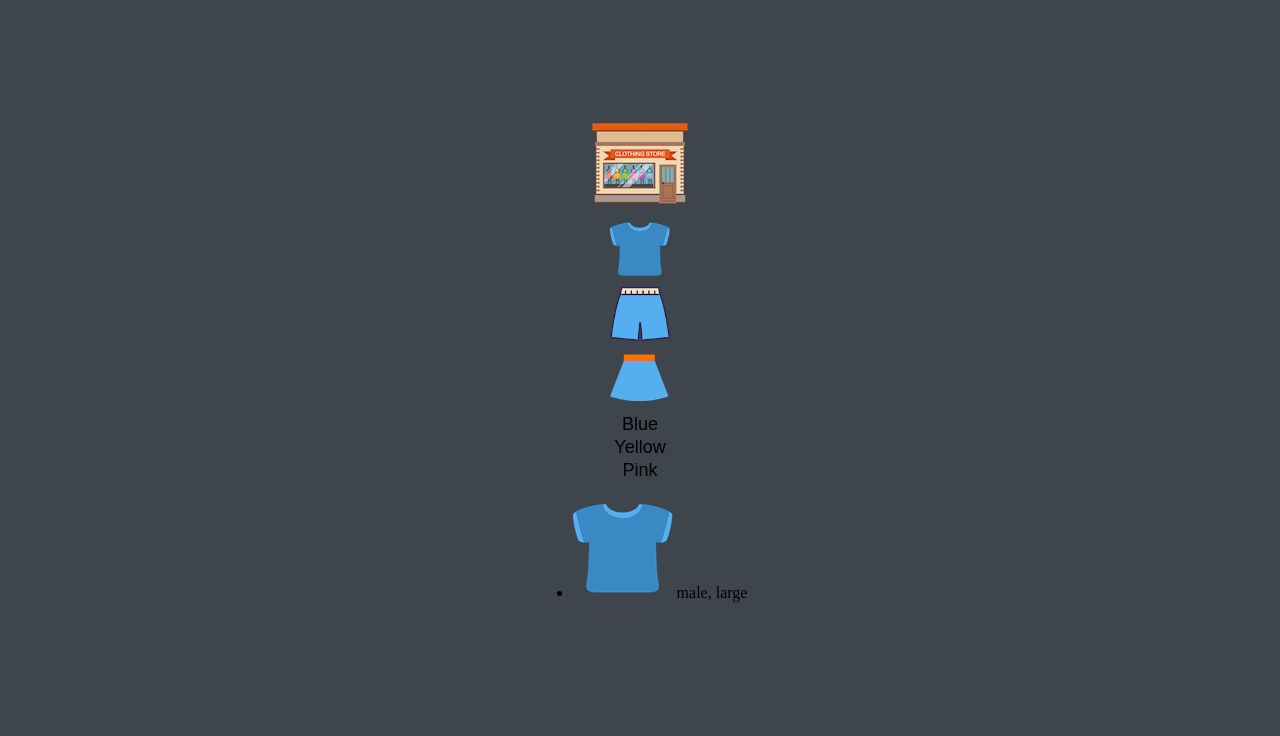
Repository: GoodHoneyCake/Dream_Coding_Academy1
Page: index.html
An editor plug-in stored every save of this project. The page is shown before and after the next save, followed by the edit.
The browser window is 1280 px wide. The pictures show the whole page.

Above is the page before, as saved 2021-01-06 16:19:15.

### index.html
<!DOCTYPE html>
<html lang="en">
  <head>
    <meta charset="UTF-8" />
    <meta name="viewport" content="width=device-width, initial-scale=1.0" />
    <title>Online Shopping</title>
    <link rel="stylesheet" href="style.css" />
    <script src="src/main.js" defer></script>
  </head>
  <body>
    <!-- Logo -->
    <img src="img/logo.png" alt="Logo" class="logo" />
    <!-- Buttons -->
    <button class="btn">
      <img src="img/blue_t.png" alt="tshirt" class="imgBtn" />
    </button>
    <button class="btn">
      <img src="img/blue_p.png" alt="pants" class="imgBtn" />
    </button>
    <button class="btn">
      <img src="img/blue_s.png" alt="skirt" class="imgBtn" />
    </button>
    <button class="btn colorBtn blue">Blue</button>
    <button class="btn colorBtn yellow">Yellow</button>
    <button class="btn colorBtn pink">Pink</button>
    <!-- Items -->
    <ul class="items">
      <li class="item">
        <img src="img/blue_t.png" alt="tshirt" class="item_thumbnail" />
        <span class="item__description">male, large</span>
      </li>
    </ul>
  </body>
</html>

### style.css
:root {
  /* color */
  --color-black: #3f454d;
  --color-white: #ffffff;
  --color-blue: #3b88c3;
  --color-yellow: #fbbe28;
  --color-pink: #fd7f84;
  --color-light-grey: #dfdfdf;

  /* size */
  --size-button: 60px;
  --button-font-size: 18px;

  /* animation */
  --animation-duration: 300ms;
}

* {
  box-sizing: border-box;
}

body {
  height: 100vh;
  background-color: var(--color-black);
  display: flex;
  flex-direction: column;
  justify-content: center;
  align-items: center;
}

.logo {
  cursor: pointer;
  transition: transform var(--animation-duration) ease;
}

.btn {
  background-color: transparent;
  border: none;
  outline: none;
  cursor: pointer;
  transition: transform var(--animation-duration) ease;
}

.logo:hover,
.btn:hover {
  transform: scale(1.1);
}

.imgBtn {
  width: var(--size-button);
  height: var(--size-button);
}
.colorBtn {
  font-size: var(--button-font-size);
}

Loaded but not shown: src/main.js (no stored copy; drawn as an empty file)

After the next save:
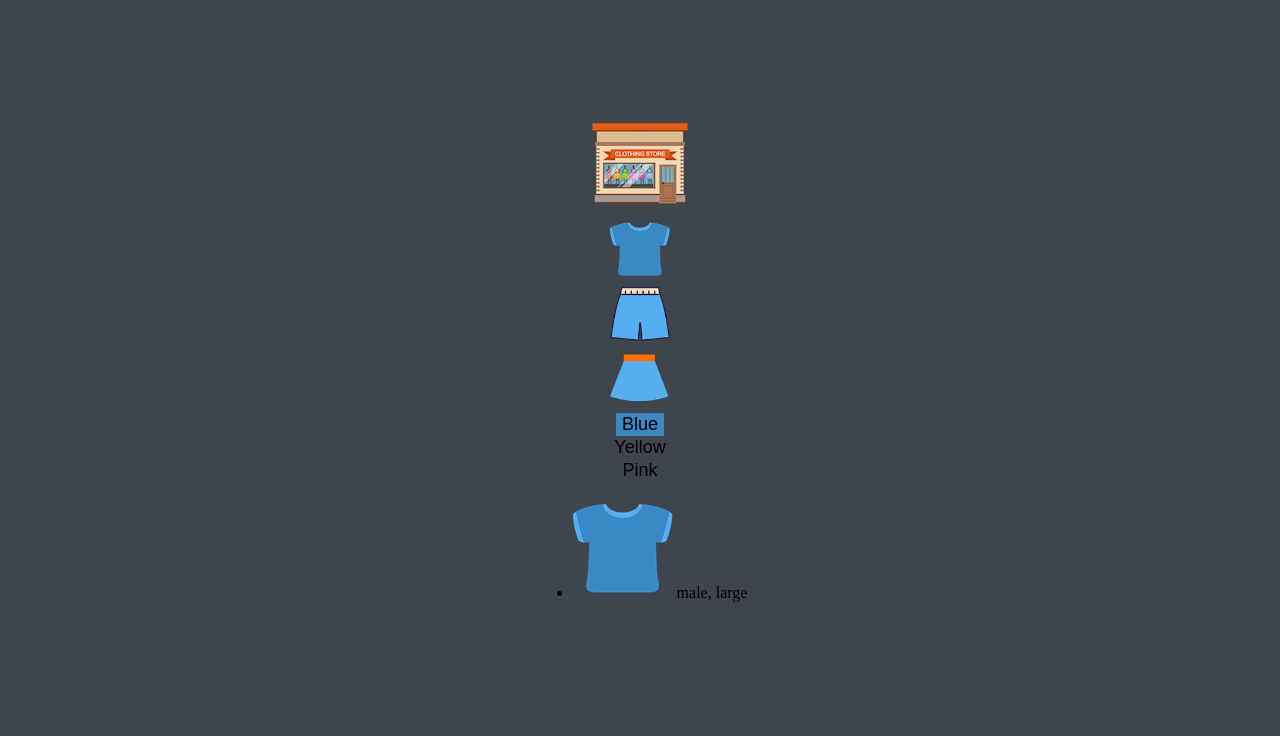
Saved 34 s later.
--- a/style.css
+++ b/style.css
@@ -50,6 +50,11 @@ body {
   width: var(--size-button);
   height: var(--size-button);
 }
+
 .colorBtn {
   font-size: var(--button-font-size);
 }
+
+.blue {
+  background-color: var(--color-blue);
+}
